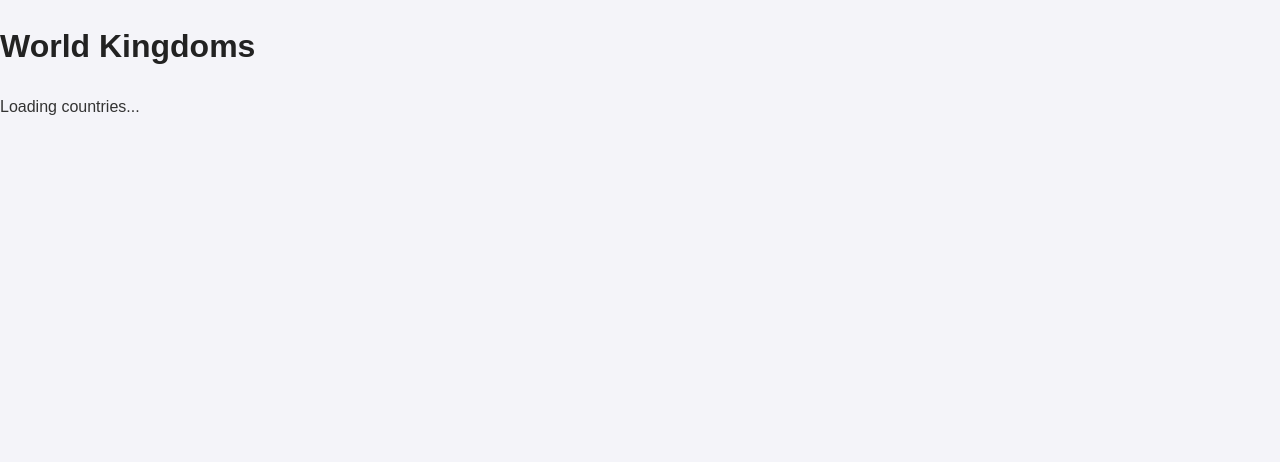
Repository: MelissaJacobi/lab-07
Page: /
These files come from the project's save history. The page is drawn as it stood at one moment and after the next save; the edit follows.
The browser window is 1280 px wide. The pictures show the whole page.
The page's requests for data from a server got no answer. The project was rebuilt for these pictures with package versions that can differ from the ones it lists, and the page was loaded fresh each time. No one was signed in, and anything a server would have sent is missing. Also part of the build but not shown: vite.config.js, src/components/Details.jsx.

Above is the page before, as saved 2024-11-23 22:01:20.

### src/App.jsx
import { BrowserRouter as Router, Routes, Route } from "react-router-dom";
import Countries from "./components/Countries";
import Details from "./components/Details";

function App() {
  return (
    <Router>
      <Routes>
        <Route path="/" element={<Countries />}>
          <Route path="countries/:cca2" element={<Details />} />
        </Route>
        <Route path="countries" element={<Countries />} />
      </Routes>
    </Router>
  );
}

export default App;

### src/index.css
body {
  font-family: Arial, sans-serif;
  margin: 0;
  padding: 0;
  line-height: 1.6;
  background-color: #f4f4f9;
  color: #333;
}

h1, h2 {
  color: #222;
}

### src/components/Countries.jsx
import { useEffect, useState } from "react";
import { useNavigate, Outlet } from "react-router-dom";

const Countries = () => {
  const [countries, setCountries] = useState([]);
  const [loading, setLoading] = useState(true);
  const navigate = useNavigate();

  useEffect(() => {
    fetch("https://restcountries.com/v3.1/name/kingdom")
      .then((response) => response.json())
      .then((data) => {
        setCountries(data);
        setLoading(false);
      })
      .catch((error) => console.error("Error fetching data:", error));
  }, []);

  const handleSelection = (event) => {
    const selectedCountry = countries.find(
      (country) => country.cca2 === event.target.value
    );
    if (selectedCountry) {
      navigate(`/countries/${selectedCountry.cca2}`, { state: { data: selectedCountry } });
    }
  };

  return (
    <div className="p-4">
      <h1 className="text-xl font-bold mb-4">World Kingdoms</h1>
      {loading ? (
        <p>Loading countries...</p>
      ) : (
        <select
          onChange={handleSelection}
          className="p-2 border rounded"
          defaultValue=""
        >
          <option value="" disabled>
            Select a country
          </option>
          {countries.map((country) => (
            <option key={country.cca2} value={country.cca2}>
              {country.name.common}
            </option>
          ))}
        </select>
      )}
      <Outlet />
    </div>
  );
};

export default Countries;

Loaded but not shown: index.html (common file); src/main.jsx (common file)

After the next save:
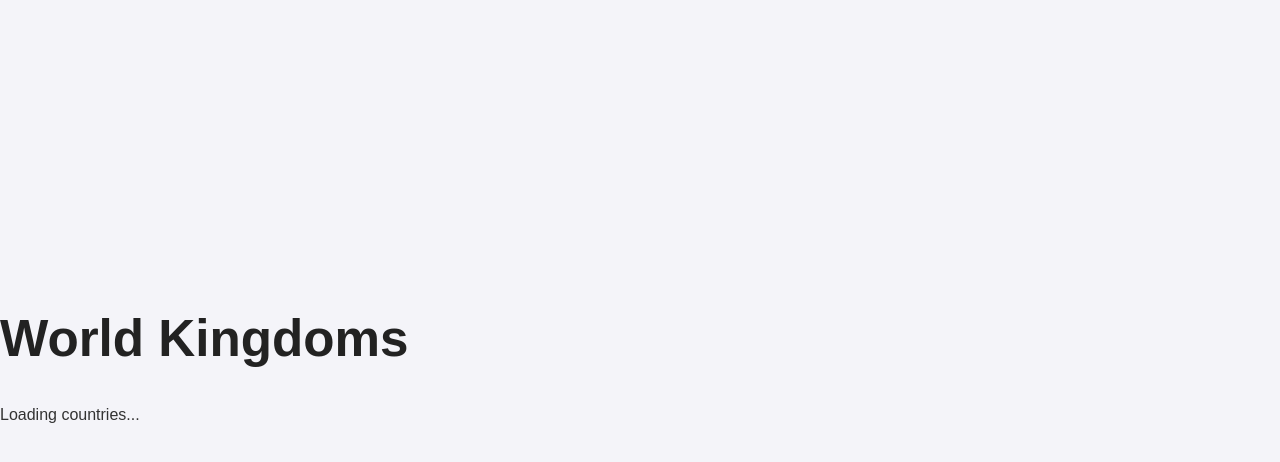
Saved 49 s later.
--- a/src/index.css
+++ b/src/index.css
@@ -1,3 +1,18 @@
+:root {
+  font-family: Inter, system-ui, Avenir, Helvetica, Arial, sans-serif;
+  line-height: 1.5;
+  font-weight: 400;
+
+  color-scheme: light dark;
+  color: rgba(255, 255, 255, 0.87);
+  background-color: #242424;
+
+  font-synthesis: none;
+  text-rendering: optimizeLegibility;
+  -webkit-font-smoothing: antialiased;
+  -moz-osx-font-smoothing: grayscale;
+}
+
 body {
   font-family: Arial, sans-serif;
   margin: 0;
@@ -10,3 +25,58 @@ body {
 h1, h2 {
   color: #222;
 }
+
+
+a {
+  font-weight: 500;
+  color: #646cff;
+  text-decoration: inherit;
+}
+a:hover {
+  color: #535bf2;
+}
+
+body {
+  margin: 0;
+  display: flex;
+  place-items: center;
+  min-width: 320px;
+  min-height: 100vh;
+}
+
+h1 {
+  font-size: 3.2em;
+  line-height: 1.1;
+}
+
+button {
+  border-radius: 8px;
+  border: 1px solid transparent;
+  padding: 0.6em 1.2em;
+  font-size: 1em;
+  font-weight: 500;
+  font-family: inherit;
+  background-color: #1a1a1a;
+  cursor: pointer;
+  transition: border-color 0.25s;
+}
+button:hover {
+  border-color: #646cff;
+}
+button:focus,
+button:focus-visible {
+  outline: 4px auto -webkit-focus-ring-color;
+}
+
+@media (prefers-color-scheme: light) {
+  :root {
+    color: #213547;
+    background-color: #ffffff;
+  }
+  a:hover {
+    color: #747bff;
+  }
+  button {
+    background-color: #f9f9f9;
+  }
+}
